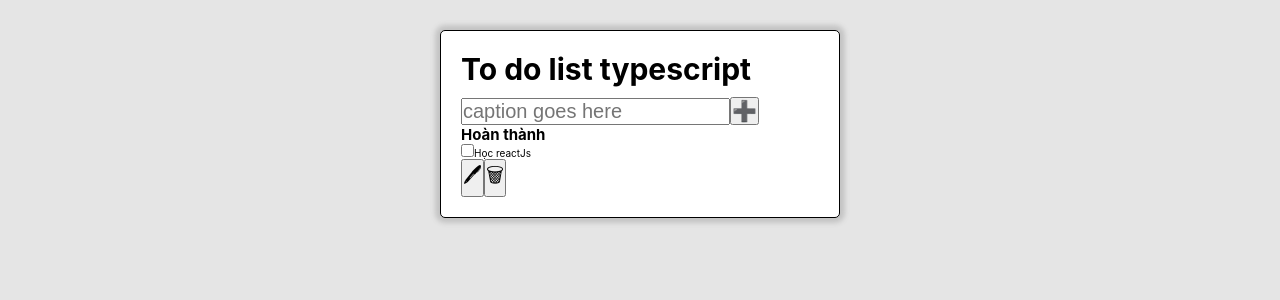
Repository: Nhatktvn/TodoListReactTs
Page: /
An editor plug-in stored every save of this project. The page is shown before and after the next save, followed by the edit.
The browser window is 1280 px wide. The pictures show the whole page.
The project was rebuilt for these pictures with package versions that can differ from the ones it lists, and the page was loaded fresh each time. Also part of the build but not shown: src/components/TaskList/tasklist.module.scss.

Above is the page before, as saved 2023-11-08 08:45:57.

After the next save:
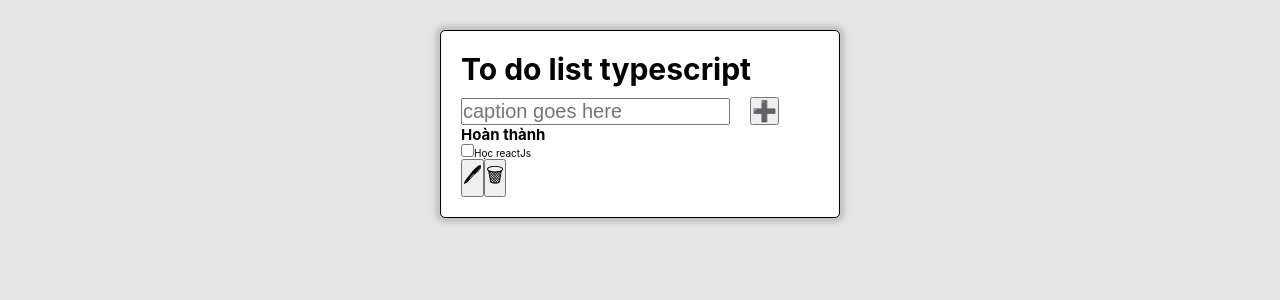
Saved 6 s later.
--- a/src/components/TaskInput/taskInput.module.scss
+++ b/src/components/TaskInput/taskInput.module.scss
@@ -7,4 +7,5 @@
   display: flex;
   justify-content: left;
   align-items: center;
+  gap: 2rem;
 }
